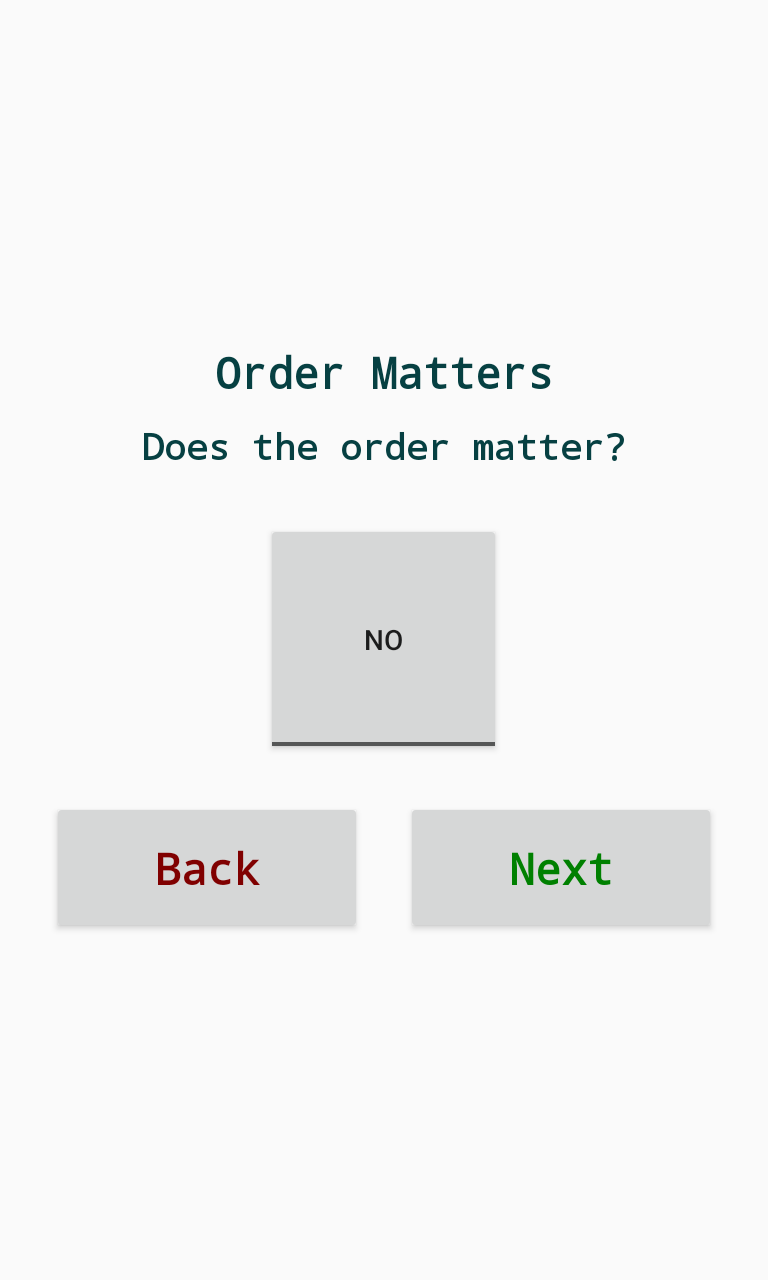
Repository: rontejada1991/Combinations-and-Permutations-Android-App
Layout: combinations/res/layout/activity_order.xml
These files come from the project's save history. The layout is drawn as it stood at one moment and after the next save; the edit follows.
It is drawn on a 768 x 1280 px phone screen (xhdpi) without system bars, with theme AppTheme; the app's code is not run.

Above is the layout before, as saved 2014-11-07 21:10:45.

### combinations/res/layout/activity_order.xml
<LinearLayout xmlns:android="http://schemas.android.com/apk/res/android"
    xmlns:tools="http://schemas.android.com/tools"
    android:layout_width="match_parent"
    android:layout_height="match_parent"
	android:orientation="vertical"
	android:gravity="center"
	android:padding="25dp"
    tools:context="com.silvercloudgames.combinations.OrderActivity" >

	<TextView
	    android:id="@+id/tv_title"
        style="@style/CodeFont"
        android:layout_width="fill_parent"
        android:text="Order Matters"
        android:layout_marginBottom="10dp" />

	<TextView
	    android:id="@+id/tv_sub"
        style="@style/CodeFont.Med"
        android:layout_width="fill_parent"
        android:text="Does the order matter?"
        android:layout_marginBottom="25dp" />

		<ToggleButton
		    android:id="@+id/tb_order"
		    android:layout_width="wrap_content"
		    android:layout_height="wrap_content"
		    android:textOn="Yes"
		    android:textOff="No"
		    android:padding="50dp"
		    android:layout_marginBottom="20dp" />

	<LinearLayout
	    android:layout_width="fill_parent"
	    android:layout_height="wrap_content"
	    android:orientation="horizontal"
	    android:gravity="center">

	    <Button
	        android:id="@+id/b_back"
	        style="@style/CodeFont"
	        android:text="Back"
	        android:padding="20dp"
	        android:layout_weight="1"
	        android:textColor="#800000"
	        android:layout_marginRight="10dp"
	        android:onClick="onBackPressed" />

	   	<Button
	   	    android:id="@+id/b_next"
	        style="@style/CodeFont"
	        android:text="Next"
	        android:padding="20dp"
	        android:layout_weight="1"
	        android:textColor="#008000"
	        android:layout_marginLeft="10dp"
	        android:onClick="onNextPressed" />

	</LinearLayout>

</LinearLayout>

### combinations/res/values/code_font.xml
<?xml version="1.0" encoding="utf-8"?>
<resources xmlns:android="http://schemas.android.com/apk/res/android">

    <style name="CodeFont">
        <item name="android:layout_width">wrap_content</item>
        <item name="android:layout_height">wrap_content</item>
        <item name="android:textColor">#064042</item>
        <item name="android:textStyle">bold</item>
        <item name="android:typeface">monospace</item>
        <item name="android:gravity">center</item>
        <item name="android:textAppearance">@android:style/TextAppearance.Large</item>
    </style>

    <style name="CodeFont.Med">
        <item name="android:textAppearance">@android:style/TextAppearance.Medium</item>
    </style>

    <style name="CodeFont.Italic">
        <item name="android:textStyle">italic</item>
    </style>

</resources>

Loaded but not shown: combinations/res/values/styles.xml (common file); combinations/res/values-v11/styles.xml (common file); combinations/res/values-v14/styles.xml (common file)

After the next save:
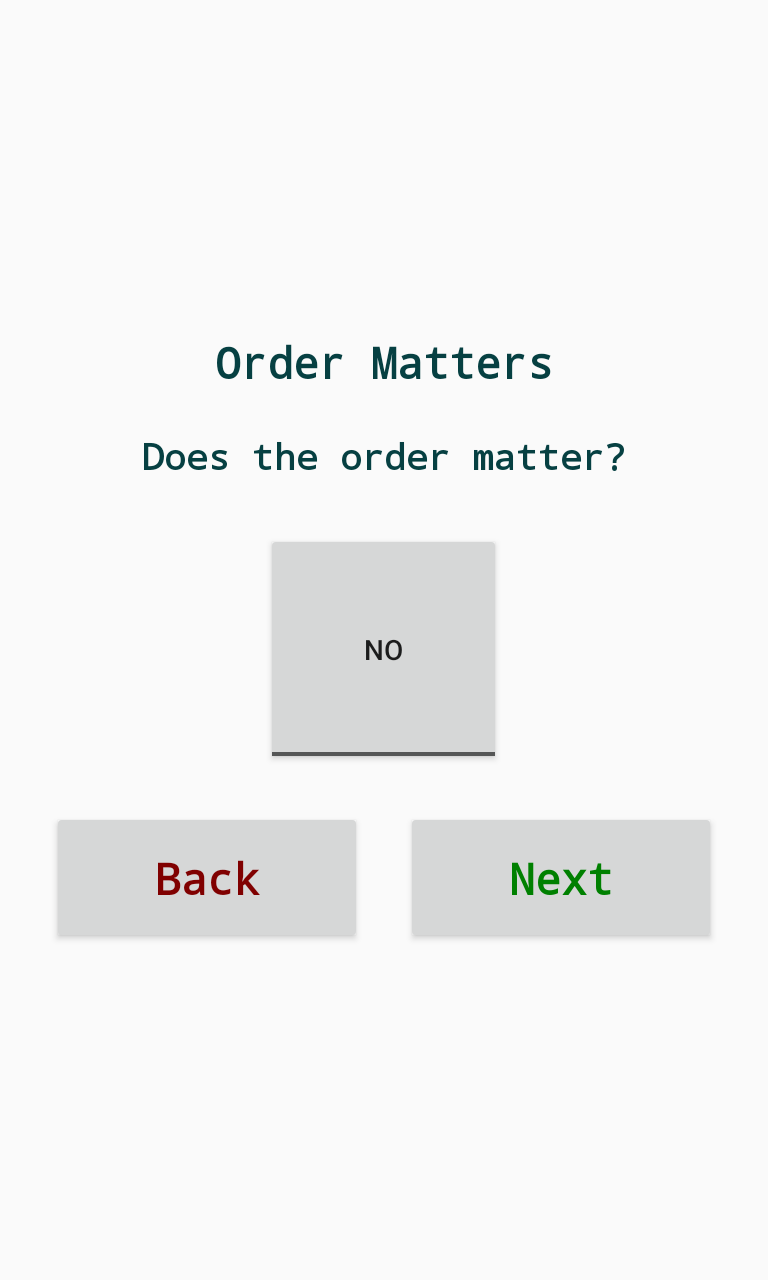
Saved 9 s later.
--- a/combinations/res/layout/activity_order.xml
+++ b/combinations/res/layout/activity_order.xml
@@ -12,7 +12,7 @@
         style="@style/CodeFont"
         android:layout_width="fill_parent"
         android:text="Order Matters"
-        android:layout_marginBottom="10dp" />
+        android:layout_marginBottom="20dp" />
 
 	<TextView
 	    android:id="@+id/tv_sub"
